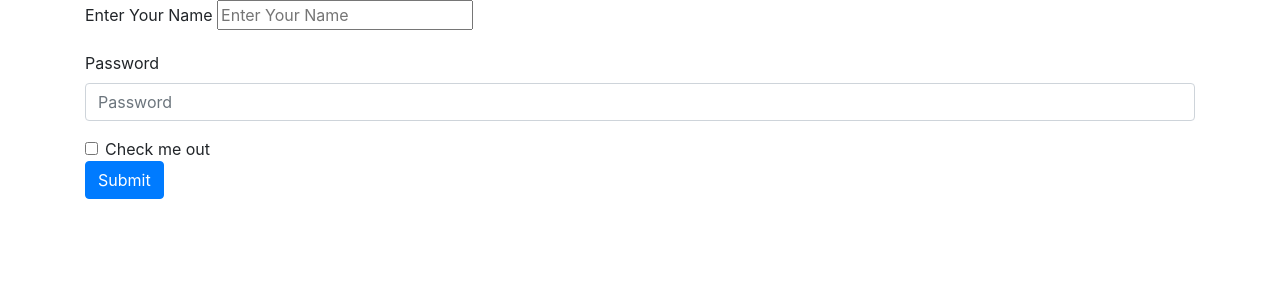
Repository: AMIT1439027/crud-app
Page: http://localhost/user.php
The author's editor kept a copy of each file at every save. The page is drawn from the files as they stood at one save, then again after the next save.
The browser window is 1280 px wide. The pictures show the whole page.
The page is run by PHP 8.4 with error messages shown; the project is at /var/www/html/.

Above is the page before, as saved 2024-04-25 10:06:13.

After the next save:
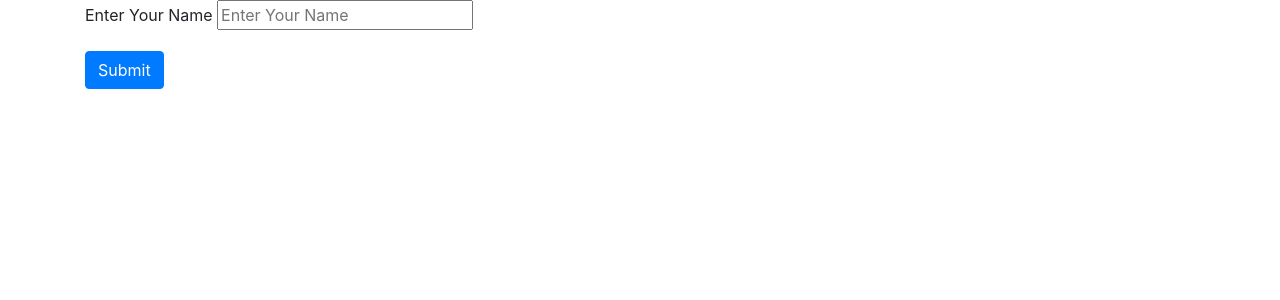
Saved 6 s later.
--- a/user.php
+++ b/user.php
@@ -19,14 +19,7 @@
     <input type=" class="form-control" placeholder="Enter Your Name ">
 
   </div>
-  <div class="form-group">
-    <label for="exampleInputPassword1">Password</label>
-    <input type="password" class="form-control" id="exampleInputPassword1" placeholder="Password">
-  </div>
-  <div class="form-check">
-    <input type="checkbox" class="form-check-input" id="exampleCheck1">
-    <label class="form-check-label" for="exampleCheck1">Check me out</label>
-  </div>
+
   <button type="submit" class="btn btn-primary">Submit</button>
 </form>
   </div>
